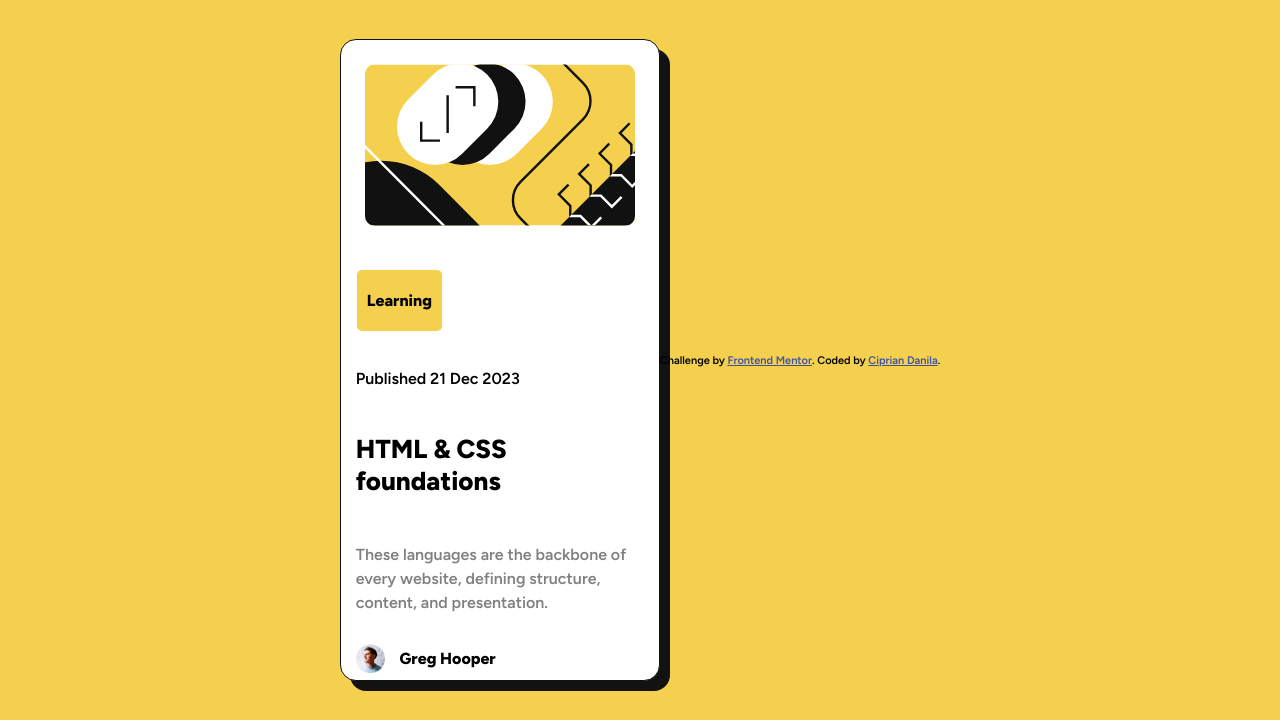
Repository: cipdanila/blog-preview-card
Page: index.html
An editor plug-in stored every save of this project. The page is shown before and after the next save, followed by the edit.
The browser window is 1280 px wide. The pictures show the whole page.

Above is the page before, as saved 2024-01-28 13:58:41.

### index.html
<!DOCTYPE html>
<html lang="en">
<head>
  <meta charset="UTF-8">
  <meta name="viewport" content="width=device-width, initial-scale=1.0"> <!-- displays site properly based on user's device -->

  <link rel="icon" type="image/png" sizes="32x32" href="./assets/images/favicon-32x32.png">
  <link rel="stylesheet" href="style.css">
  <title>Frontend Mentor | Blog preview card</title>

</head>
<body>
  <main>
    <div class="card">
      <div class="image-container">
        <img src="./assets/images/illustration-article.svg" alt="illustration article">
      </div>
      <div class="general">
        <div class="learning">
          <p>Learning</p>
        </div>
        <div class="publish">
          <p>Published 21 Dec 2023</p>
        </div>
        <div class="title">
          <h1>HTML & CSS foundations</h1>
        </div>
        <div class="info">
          <p>
            These languages are the backbone of every website, defining structure, content, and presentation.
          </p>
        </div>
        <div class="avatar">
          <img src="./assets/images/image-avatar.webp" alt="avatar">
          <p>Greg Hooper</p>
        </div>
      </div>
    </div>
  </main>

  <footer>
    <div class="attribution">
        Challenge by
        <a
            href="https://www.frontendmentor.io/challenges/blog-preview-card-ckPaj01IcS"
            target="_blank"
            rel="noopener noreferer"
            >Frontend Mentor</a
        >. Coded by <a href="https://github.com/cipdanila" target="_blank" rel="noopener noreferer">Ciprian Danila</a>.
    </div>
</footer>
</body>
</html>

### style.css
@import url('https://fonts.googleapis.com/css2?family=Figtree:wght@600;800&display=swap');

:root {
    /* Colors */
    /* Primary */
    --yellow: hsl(47, 88%, 63%);

    /* Neutral */
    --white: hsl(0, 0%, 100%);
    --grey: hsl(0, 0%, 50%);
    --black: hsl(0, 0%, 7%);
}

* {
    box-sizing: border-box;
}

body, html {
    margin: 0;
    padding: 0;
    height: 100%;
    display: flex;
    justify-content: center;
    align-items: center;
    font-family: 'Figtree', sans-serif;
    font-size: 1rem;
    font-weight: 600;
    background-color: var(--yellow);
}

.card {
    width: 20rem;
    border-radius: 1rem;
    border: 1px solid var(--black);
    box-shadow: 10px 10px var(--black);
    background-color: var(--white);
}

.image-container {
    text-align: center;
    padding: 1.5rem;
}

img {
    max-width: 100%;
    height: auto;
    border-radius: 0.625rem;
}

.general {
    display: flex;
    flex-direction: column;
    align-self: start;
}

.learning {
    width: fit-content;
    background-color: var(--yellow);
    margin: 1rem;
    padding: 5px 10px;
    border-radius: 5px;
    font-weight: 800;
}

.publish, .title, .info {
    width: auto;
    margin: 5px;
    padding: 1px 10px;
}

.title h1 {
    font-weight: 800;
    font-size: 1.625rem;
}

.info p {
    color: var(--grey);
    line-height: 1.5;
    font-weight: 100;
}

.avatar {
    width: auto;
    display: flex;
    align-items: center;
    margin: 5px;
    padding: 1px 10px;
}

.avatar img {
    width: 10%;
}

.avatar p {
    display: inline-block;
    margin: 5px;
    padding: 1px 10px;
    font-weight: 800;
}

.attribution {
    font-size: 11px;
    text-align: center;
}
.attribution a {
    color: hsl(228, 45%, 44%);
}

After the next save:
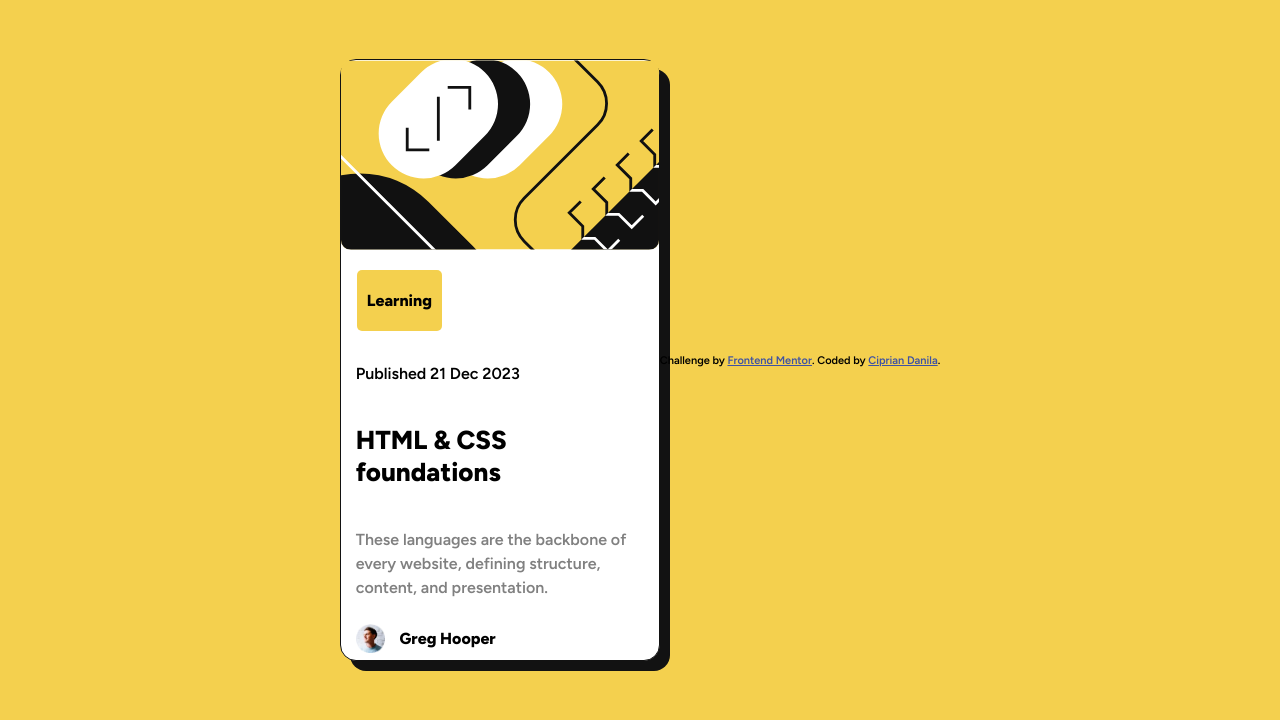
Saved 50 s later.
--- a/index.html
+++ b/index.html
@@ -12,10 +12,10 @@
 <body>
   <main>
     <div class="card">
-      <div class="image-container">
+      <div class="image-card">
         <img src="./assets/images/illustration-article.svg" alt="illustration article">
       </div>
-      <div class="general">
+      <div class="text-card">
         <div class="learning">
           <p>Learning</p>
         </div>
